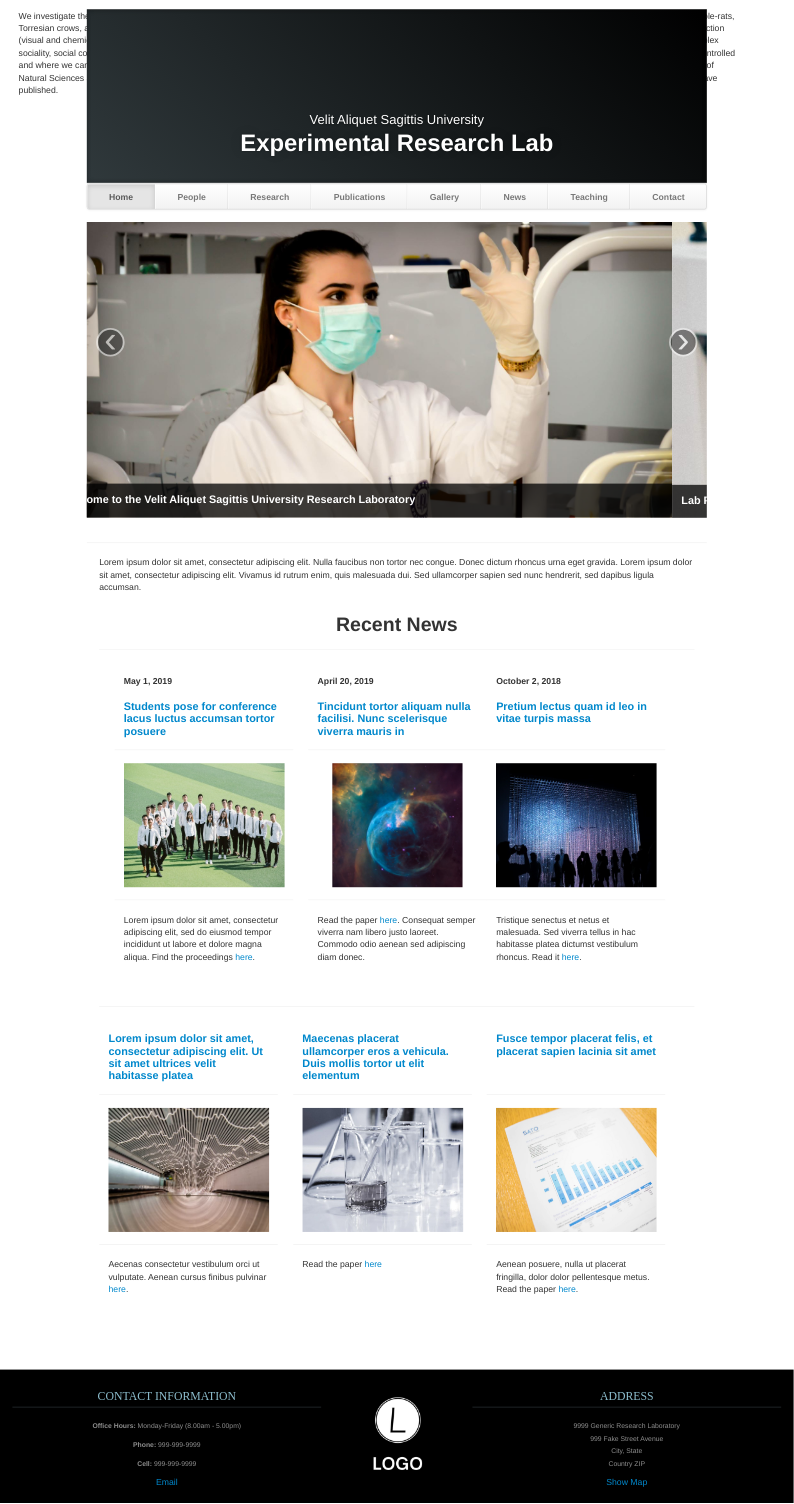
Repository: IAEUC/iaeuc.github.io
Page: index.html
The author's editor kept a copy of each file at every save. The page is drawn from the files as they stood at one save, then again after the next save.
The browser window is 1280 px wide. The pictures show the whole page, at 62% of full size.

Above is the page before, as saved 2025-08-07 17:10:21.

After the next save:
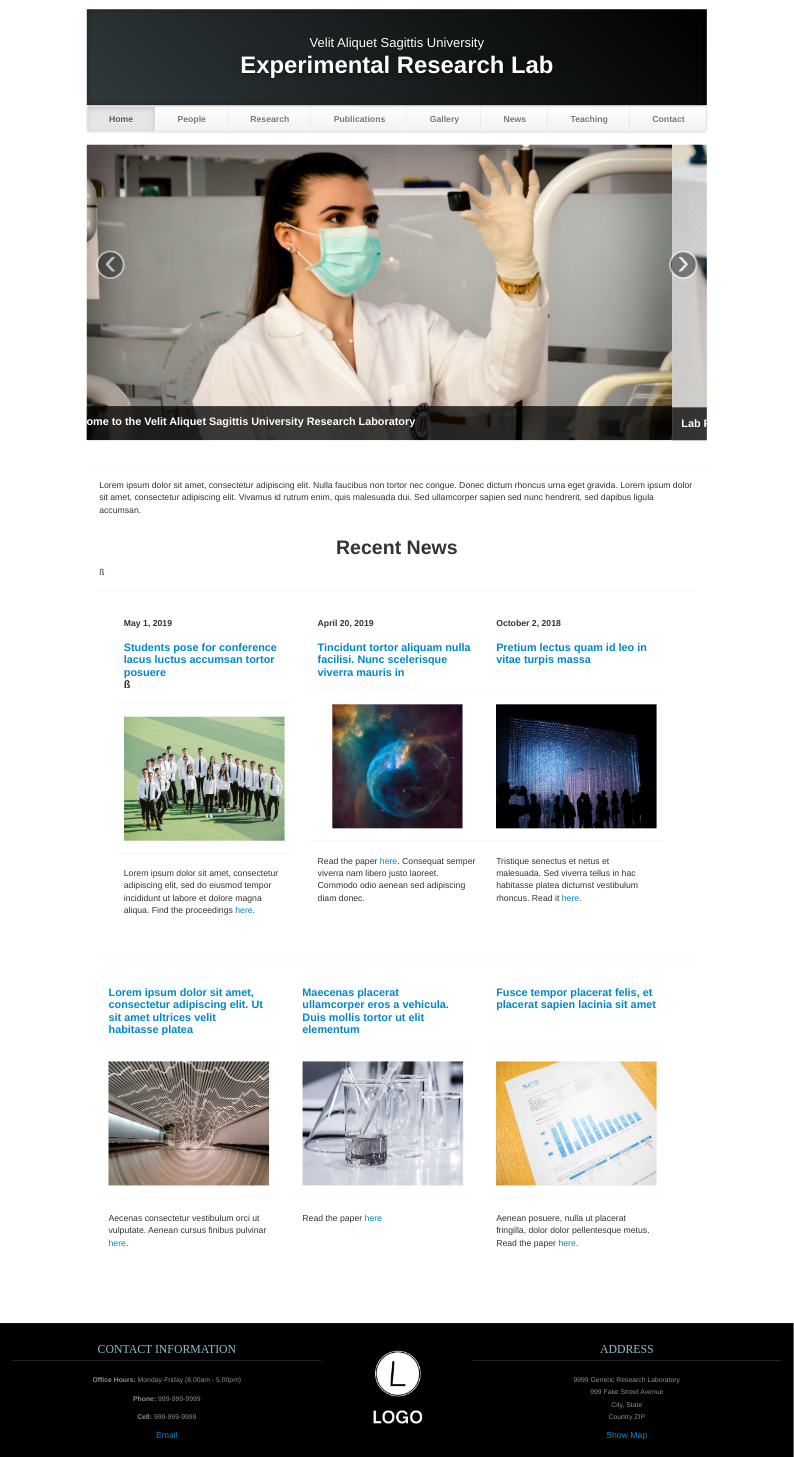
Saved 2 min 5 s later.
--- a/index.html
+++ b/index.html
@@ -12,19 +12,6 @@
       <link href="css/theme.css" rel="stylesheet">
    </head>
    <body>
-
-   <div class="span12">
-      <p>
-         We investigate the behaviour, ecology and evolution of lizards. In addition to lizards, we sometimes work on frogs, including cane toads, and have previously worked on snakes, mole-rats, Torresian crows, a turtle, and Malawi cichlids. We also have a new project on Australian magpies! Our research falls into three major themes: 1.) animal communication/sexual selection (visual and chemical signals); 2.) cognition (social learning, culture, behavioural flexibility); and 3.) social behaviour/sociality (evolution of kin-based family living, co-operation, complex sociality, social complexity, parental care, mechanisms of sociality).
-
-      In addition to field work, we work with captive animals in large semi-natural conditions where things are more controlled and where we can conduct behavioural experiments and observations. We also work with animals indoors, for more fine-scaled study, such as cognition.
-
-      We are part of the School of Natural Sciences at Macquarie University in Sydney, Australia. To learn more about what we do, here is a more detailed account of our research and also have a look at what we have published.
-      </p>
-      <br/>
-   </div>
-
-
       <div class="container">
          <header class="jumbotron subhead" id="overview">
             <p class="lead"> Velit Aliquet Sagittis University </p>
@@ -94,7 +81,7 @@
                </div>
                <div class="row-fluid">
                   <hr>
-                  <h2 class="centered">Recent News</h2>
+                  <h2 class="centered">Recent News</h2>ß
                   <hr>
                </div>
                <div class="span4 feature-item">
@@ -103,7 +90,7 @@
                      <a href="https://unsplash.com/photos/CPmrdbbpnXg">
                      Students pose for conference lacus luctus accumsan tortor posuere
                      </a>
-                     <br/>
+                     <br/>ß
                   </h4>
                   <hr>
                   <div class="centered">
